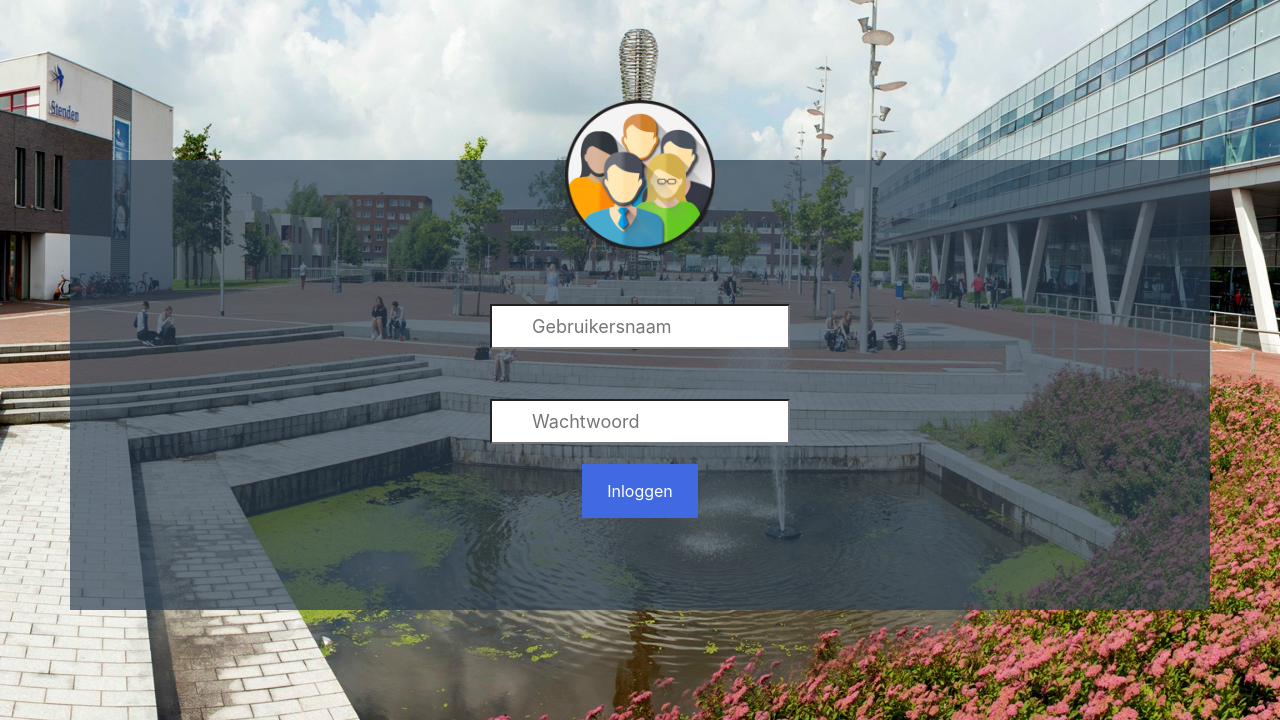
Repository: ohjorn/Webdev3
Page: http://localhost/LoginScreen.php
These files come from the project's save history. The page is drawn as it stood at one moment and after the next save; the edit follows.
The browser window is 1280 px wide. The pictures show the whole page.
The page is run by PHP 8.4 with error messages shown; the project is at /var/www/html/.

Above is the page before, as saved 2020-04-14 15:42:32.

After the next save:
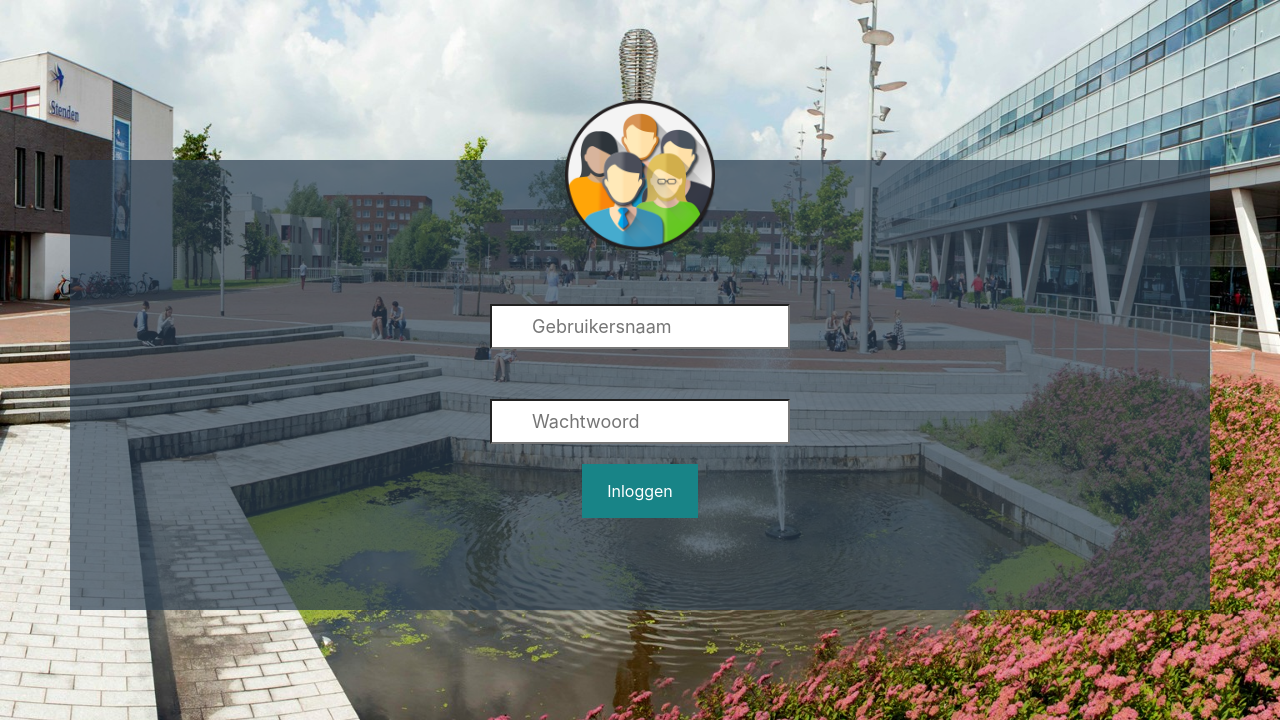
Saved 44 s later.
--- a/LoginScreen.css
+++ b/LoginScreen.css
@@ -49,6 +49,6 @@ body{
    .btn-login{
     padding: 15px 25px;
     border: none;
-    background-color: royalblue;
+    background-color: #188487;
     color: #fff;
    }
